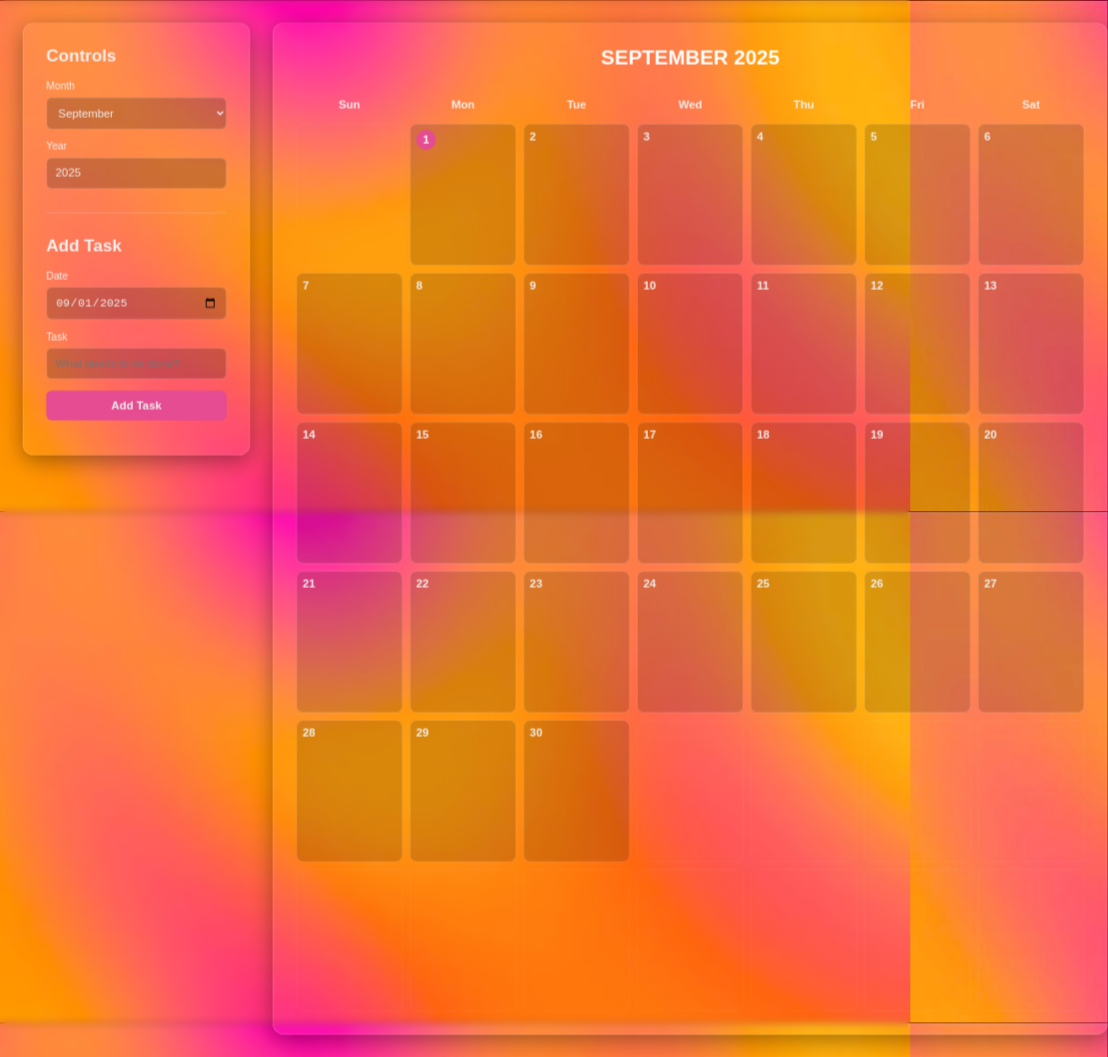
Repository: TanujaNair03/ToDo
Page: static/index.html
These files come from the project's save history. The page is drawn as it stood at one moment and after the next save; the edit follows.
The browser window is 1280 px wide. The page is 1560 px wide, then 1280 px, so the pictures cover 1560 px, including what lies to the right of the window. The pictures show the whole page, at 71% of full size.
The page's requests for data from a server got no answer. Backgrounds fixed to the window are drawn as part of the page.

Above is the page before, as saved 2025-09-01 16:14:38.

After the next save:
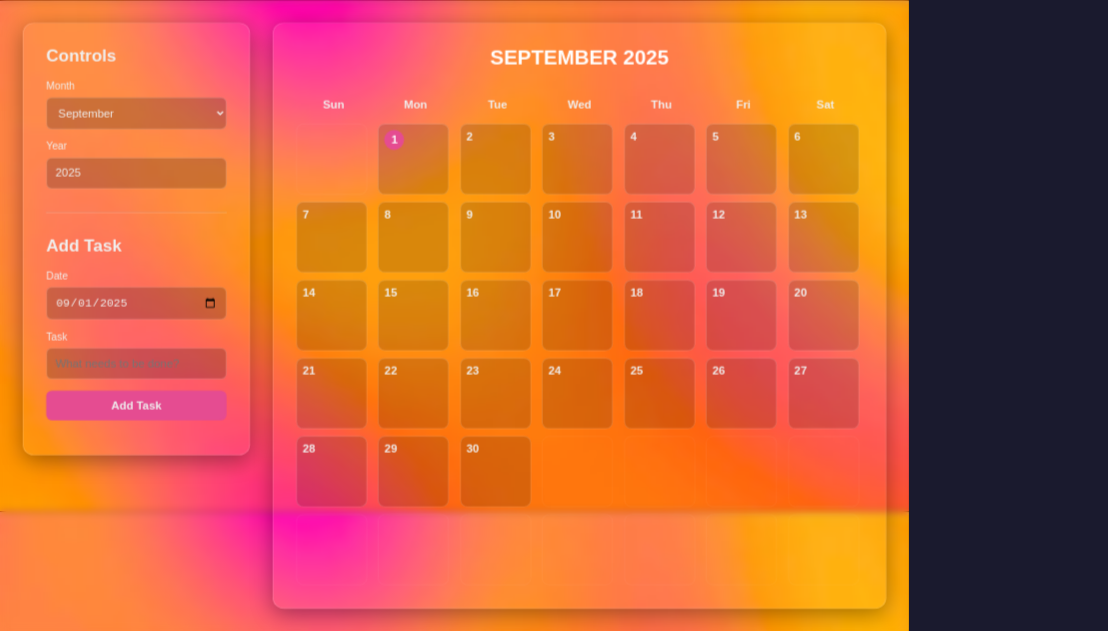
Saved 16 s later.
--- a/static/index.html
+++ b/static/index.html
@@ -92,8 +92,8 @@
         .day-header { text-align: center; font-weight: bold; color: var(--text-color); padding: 0.5rem 0; }
 
         .day-cell {
-            height: 200px;
-            width: 150px;
+            height: 100px;
+            width: 100px;
             overflow: hidden;
             padding: 8px;
             background: rgba(0, 0, 0, 0.15);
